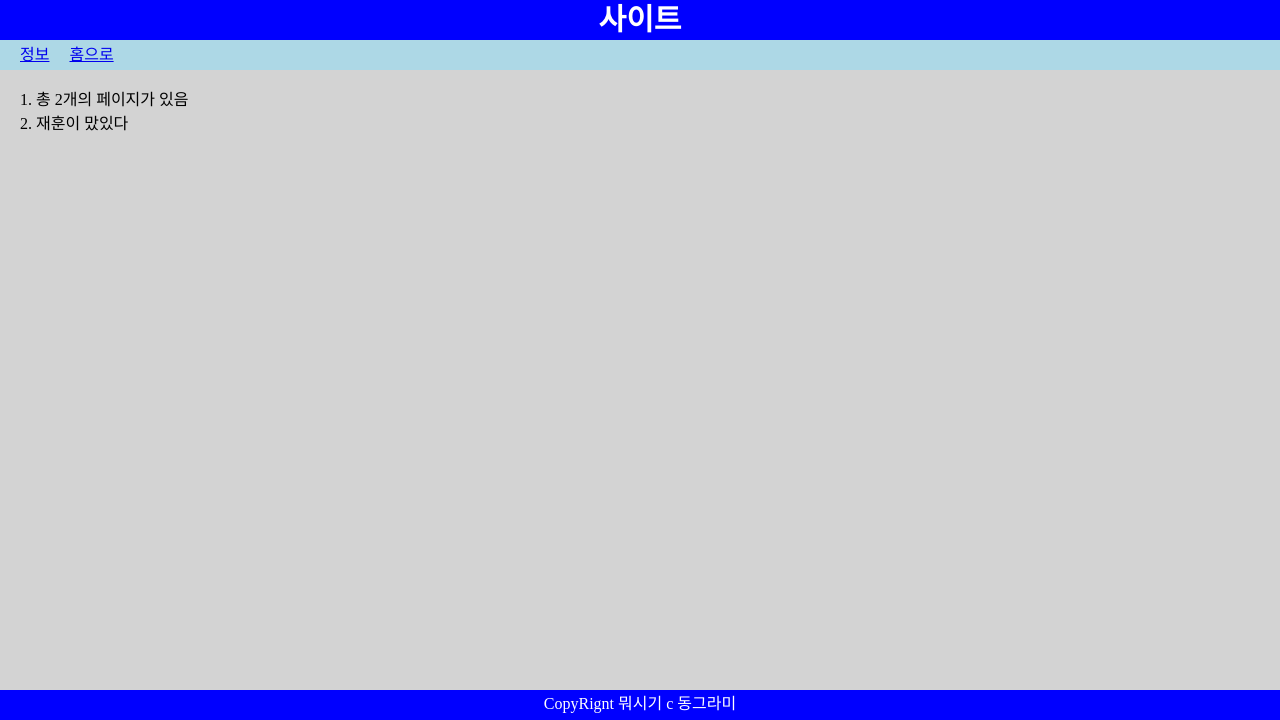
Repository: ImGaram/til
Page: http://localhost/practice/soqn/index.jsp
The author's editor kept a copy of each file at every save. The page is drawn from the files as they stood at one save, then again after the next save.
The browser window is 1280 px wide. The pictures show the whole page.
The page is served by Tomcat 9. Other server files are loaded and not shown.

Above is the page before, as saved 2022-06-28 11:38:59.

### 2학년 jsp(화면구현)/practice/src/main/webapp/soqn/index.jsp
<%@ page language="java" contentType="text/html; charset=UTF-8"
    pageEncoding="UTF-8"%>
<!DOCTYPE html>
<html>
<head>
<meta charset="UTF-8">
<title>Insert title here</title>
</head>
<body>
<jsp:include page="header.jsp"></jsp:include>
<section style="position:fixed; top:70px; left:0; width:100%; height:100%; background:lightgray;">
<p style="padding-left:20px">
1. 총 2개의 페이지가 있음<br>
2. 재훈이 맜있다
</p>
</section>
<jsp:include page="footer.jsp"></jsp:include>
</body>
</html>

### 2학년 jsp(화면구현)/practice/src/main/webapp/soqn/header.jsp
<%@ page language="java" contentType="text/html; charset=UTF-8"
    pageEncoding="UTF-8"%>
<!DOCTYPE html>
<html>
<head>
<meta charset="UTF-8">
<title>header</title>
</head>
<body>
<header style="position:fixed; top:0; left:0; width:100%; height:40px; line-height: 40px; background-color:blue;
 color: white; text-align:center; font-size:30px">
<b>사이트</b>
</header>
<nav style="position:fixed;top:40px;left:0;width:100%;height:30px; background-color:lightblue; padding-left:20px; line-height:30px;">
<a href="list.jsp">정보</a> &nbsp; &nbsp;
<a href="index.jsp">홈으로</a>
</nav>
</body>
</html>

### 2학년 jsp(화면구현)/practice/src/main/webapp/soqn/footer.jsp
<%@ page language="java" contentType="text/html; charset=UTF-8"
    pageEncoding="UTF-8"%>
<!DOCTYPE html>
<html>
<head>
<meta charset="UTF-8">
<title>footer</title>
</head>
<body>
<footer style="width:100%; height: 30px; background-color:blue; bottom:0; left:0; position:fixed; color:white; text-align:center;">
CopyRignt 뭐시기 c 동그라미
</footer>
</body>
</html>

After the next save:
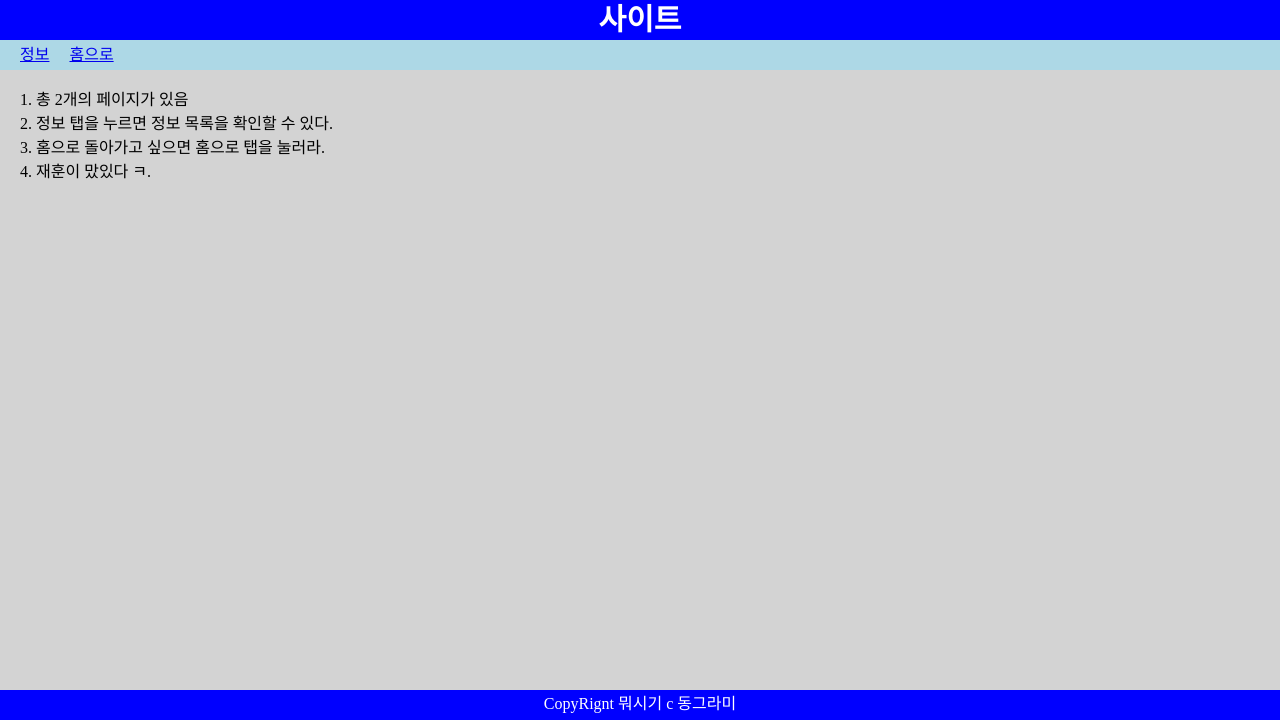
Saved 85 s later.
--- a/2학년 jsp(화면구현)/practice/src/main/webapp/soqn/index.jsp
+++ b/2학년 jsp(화면구현)/practice/src/main/webapp/soqn/index.jsp
@@ -11,7 +11,9 @@
 <section style="position:fixed; top:70px; left:0; width:100%; height:100%; background:lightgray;">
 <p style="padding-left:20px">
 1. 총 2개의 페이지가 있음<br>
-2. 재훈이 맜있다
+2. 정보 탭을 누르면 정보 목록을 확인할 수 있다.<br>
+3. 홈으로 돌아가고 싶으면 홈으로 탭을 눌러라.<br>
+4. 재훈이 맜있다 ㅋ.
 </p>
 </section>
 <jsp:include page="footer.jsp"></jsp:include>
